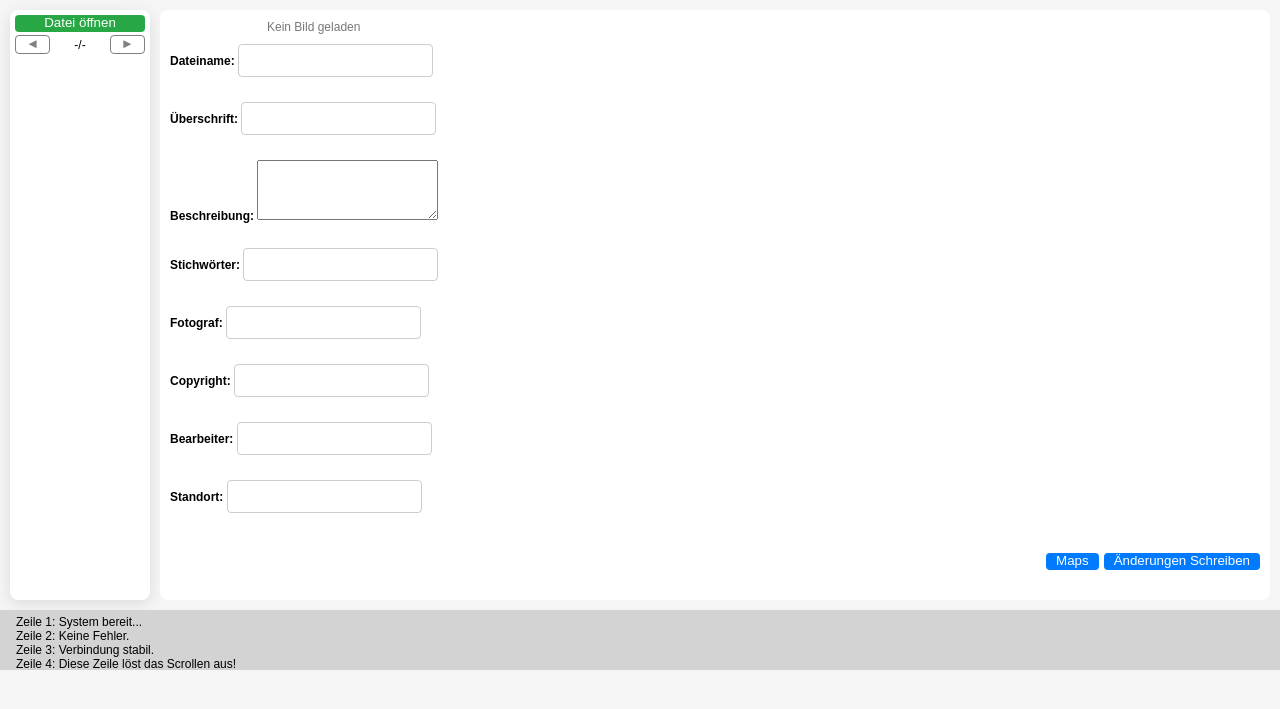
Repository: h-fahle/metadata
Page: ui/index.html
These files come from the project's save history. The page is drawn as it stood at one moment and after the next save; the edit follows.
The browser window is 1280 px wide. The pictures show the whole page.

Above is the page before, as saved 2026-08-19 15:13:13.

After the next save:
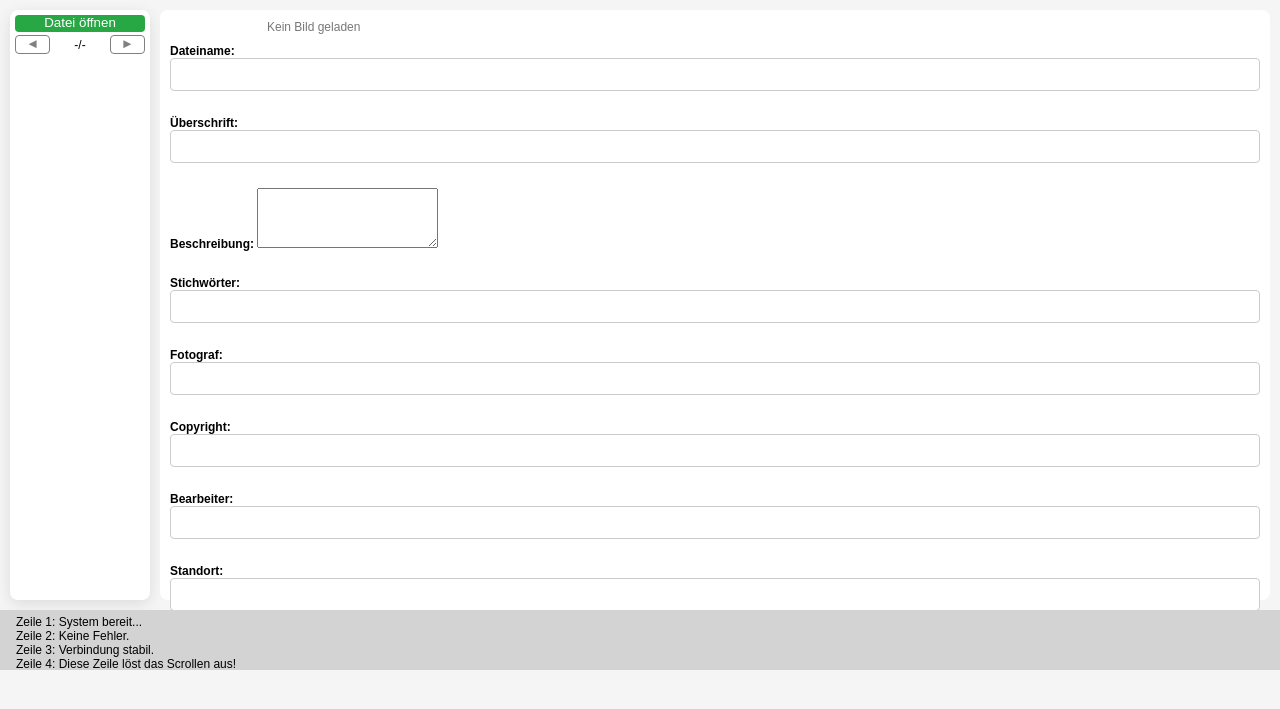
Saved 2 min 4 s later.
--- a/ui/style.css
+++ b/ui/style.css
@@ -49,6 +49,13 @@ html, body {
 	gap: 10px;
 }
 
+	/* Die Eingabefelder im Formular wachsen automatisch mit */
+	#form-container input {
+		width: 100%; /* Füllt die gesamte Breite des Formular-Containers aus */
+		padding: 8px;
+	}
+
+
 /* Jede Zeile wird zu einer horizontalen Flexbox */
 .form-row {
 	display: flex;
@@ -69,6 +76,7 @@ html, body {
 /* Die Eingabefelder füllen jetzt den gesamten restlichen Platz der Zeile aus */
 .form-row input {
 	flex: 1;             /* Zwingt das Input-Feld, den Rest der Zeile einzunehmen */
+	width: 100%;
 	min-width: 0;        /* Erlaubt dem Input, bei sehr kleinen Fenstern stabil zu schrumpfen */
 	padding: 8px;
 	border: 1px solid #ccc;
